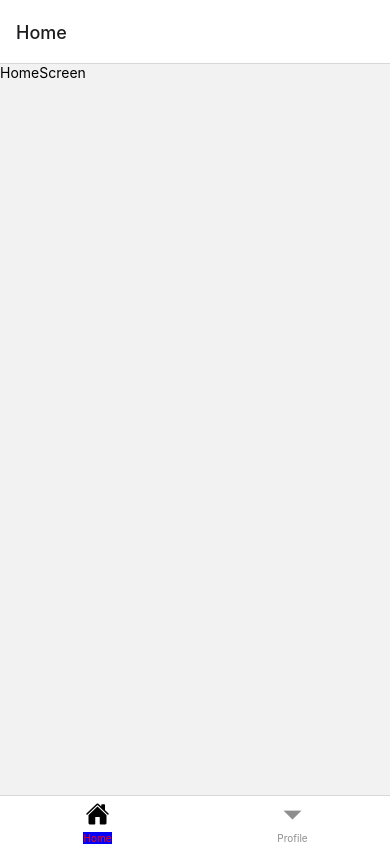
Repository: Deyvid-Kasteh/Spotify_Clone_1.0
Screen: /
The author's editor kept a copy of each file at every save. The screen is drawn from the files as they stood at one save, then again after the next save.
The app was drawn by React Native's web renderer in a window 390 px wide. The project was rebuilt for these pictures with package versions that can differ from the ones it lists, and the page was loaded fresh each time. Also part of the build but not shown: screens/ProfileScreen.js.

Above is the screen before, as saved 2023-07-28 18:59:44.

### App.js
import { StatusBar } from "expo-status-bar";
import { StyleSheet, Text, View } from "react-native";
import BottomTabs from "./StackNavigator";
import { NavigationContainer } from "@react-navigation/native";

export default function App() {
  return (
    <NavigationContainer style={styles.container}>
      {/* <Text>teste</Text> */}
      <StatusBar style="auto" />
      <BottomTabs />
    </NavigationContainer>
  );
}

const styles = StyleSheet.create({
  container: {
    flex: 1,
    backgroundColor: "#fff",
    alignItems: "center",
    justifyContent: "center",
  },
});

### StackNavigator.js
import { createBottomTabNavigator } from "@react-navigation/bottom-tabs";
import HomeScreen from "./screens/HomeScreen";
import ProfileScreen from "./screens/ProfileScreen";
import { Ionicons } from "@expo/vector-icons";

const Tab = createBottomTabNavigator();

export default function BottomTabs() {
  return (
    <Tab.Navigator>
      <Tab.Screen
        name="Home"
        component={HomeScreen}
        options={{
          tabBarLabel: "Home",
          headerShown: true,
          tabBarLabelStyle: { color: "red", backgroundColor: "blue" },
          tabBarIcon: ({ focused }) =>
            focused ? (
              <Ionicons name="home" size={24} color="black" />
            ) : (
              <Ionicons name="home-outline" size={24} color="black" />
            ),
        }}
      />
      <Tab.Screen
        name="ProfileScreen"
        component={ProfileScreen}
        options={{
          tabBarLabel: "Profile",
          headerShown: true,
        }}
      />
    </Tab.Navigator>
  );
}

Loaded but not shown: screens/HomeScreen.js (common file)

After the next save:
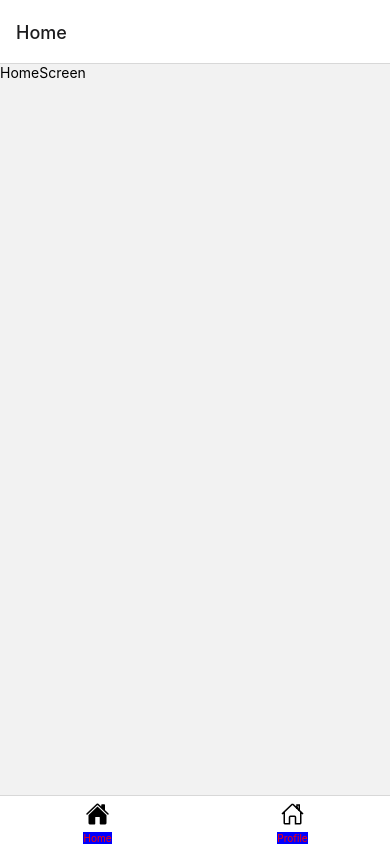
Saved 19 min 30 s later.
--- a/StackNavigator.js
+++ b/StackNavigator.js
@@ -29,6 +29,13 @@ export default function BottomTabs() {
         options={{
           tabBarLabel: "Profile",
           headerShown: true,
+          tabBarLabelStyle: { color: "red", backgroundColor: "blue" },
+          tabBarIcon: ({ focused }) =>
+            focused ? (
+              <Ionicons name="home" size={24} color="black" />
+            ) : (
+              <Ionicons name="home-outline" size={24} color="black" />
+            ),
         }}
       />
     </Tab.Navigator>
